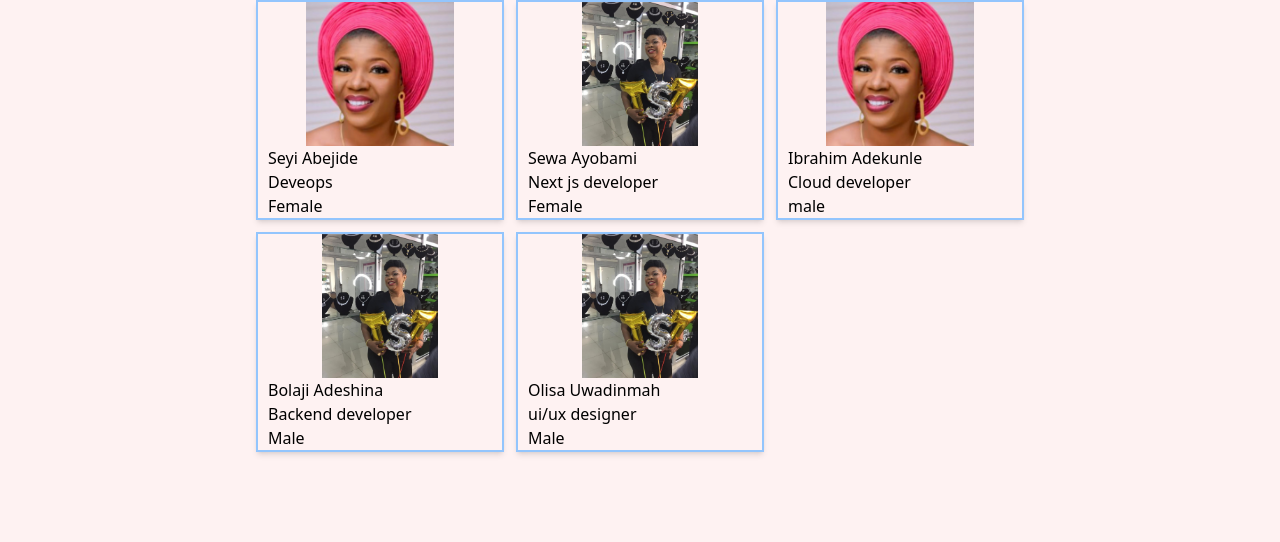
Repository: Semanmernstack/Bincom
Page: /
These files come from the project's save history. The page is drawn as it stood at one moment and after the next save; the edit follows.
The browser window is 1280 px wide. The pictures show the whole page.
The project was rebuilt for these pictures with package versions that can differ from the ones it lists, and the page was loaded fresh each time. The framework's server and built-in components were replaced by stand-ins that run in the browser. Also part of the build but not shown: next.config.mjs.

Above is the page before, as saved 2024-01-25 05:31:51.

### app/layout.tsx
import type { Metadata } from "next";
import { Inter } from "next/font/google";
import "./globals.css";

const inter = Inter({ subsets: ["latin"] });

export const metadata: Metadata = {
  title: "Create Next App",
  description: "Generated by create next app",
};

export default function RootLayout({
  children,
}: Readonly<{
  children: React.ReactNode;
}>) {
  return (
    <html lang="en">
      <body className=" min-h-screen bg-red-50">{children}</body>
    </html>
  );
}

### app/page.tsx
import slidefour from "../public/slidefour.png"


import slidethree from "../public/slidethree.png"
import SetUp from "./components/SetUp";


const data = [
  {
    id: "1",
    title: "Seyi Abejide",
    image:"slidefour.png",
    role: "Deveops",
    gender: "Female",

  },
  {
    id: "2",
    title: "Sewa Ayobami",
    image: "slidethree.png",
    role: "Next js developer",
    gender: "Female"

  },
  {
    id: "3",
    title: "Ibrahim Adekunle",
    image:"slidefour.png",
    role: "Cloud developer",
    gender: "male",

  },
  {
    id: "4",
    title: "Bolaji Adeshina",
    image: "slidethree.png",
    role: "Backend developer",
    gender: "Male",

  },
  {
    id: "5",
    title: "Olisa Uwadinmah",
    image: "slidethree.png",
    role: "ui/ux designer",
    gender: "Male",

  },


];



export default function Home() {
  return (
    <main className=" flex flex-col max-w-3xl mx-auto ">
      <div className="grid grid-cols-1 sm:grid-cols-2 md:grid-cols-3 gap-3">
          {data.map((p, index)=> (
              <div className=" border-2 border-blue-300 shadow-md items-center justify-center flex" key={index}>
                <SetUp
                  id={p.id}
                  title={p.title}
                  image={p.image}
                  role={p.role}
                  gender= {p.gender}
                />
              </div>

          ))}


      </div>



    </main>
  );
}

### app/components/SetUp.tsx
import React from 'react'
interface B {
    id: string
    title: string
    image: string
    role: string
    gender: string
}


function SetUp({id, title, image, role, gender}:B) {
  return (
    <div className=' '>
      <img src={image} alt="image" className='h-36 w-56  object-contain' />
      <div>
        <h1>{title}</h1>
        <div>
          <h2>{role}</h2>
          <h2>{gender}</h2>
        </div>

        <div>

        </div>

      </div>

    </div>
  )
}

export default SetUp

Loaded but not shown: app/globals.css (common file); tailwind.config.ts (common file)

After the next save:
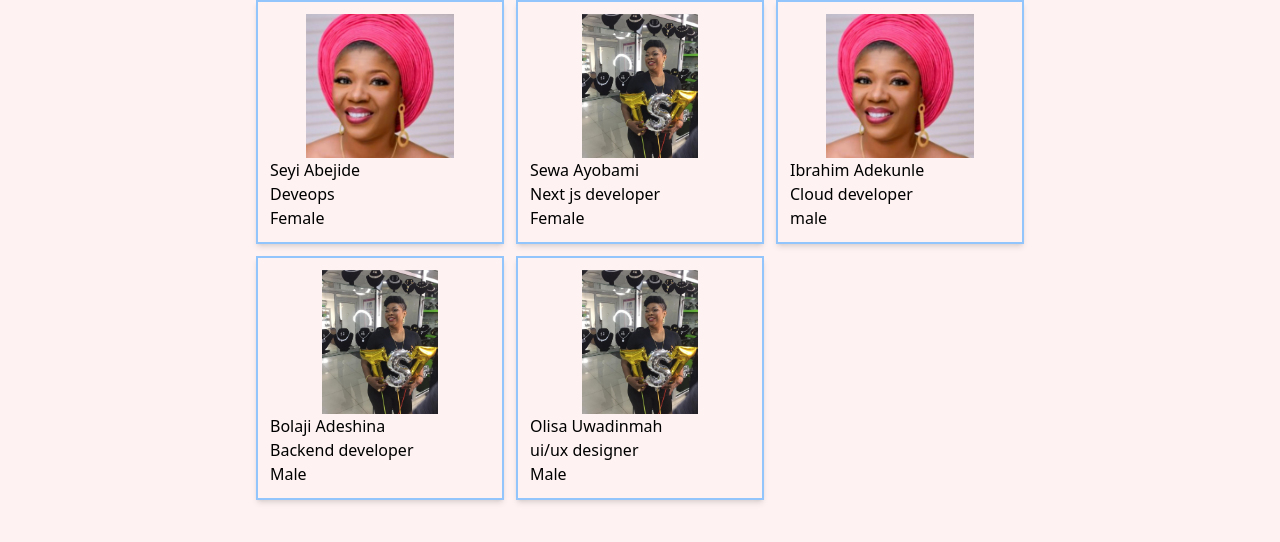
Saved 11 s later.
--- a/app/components/SetUp.tsx
+++ b/app/components/SetUp.tsx
@@ -10,7 +10,7 @@ interface B {
 
 function SetUp({id, title, image, role, gender}:B) {
   return (
-    <div className=' '>
+    <div className=' p-3 '>
       <img src={image} alt="image" className='h-36 w-56  object-contain' />
       <div>
         <h1>{title}</h1>
